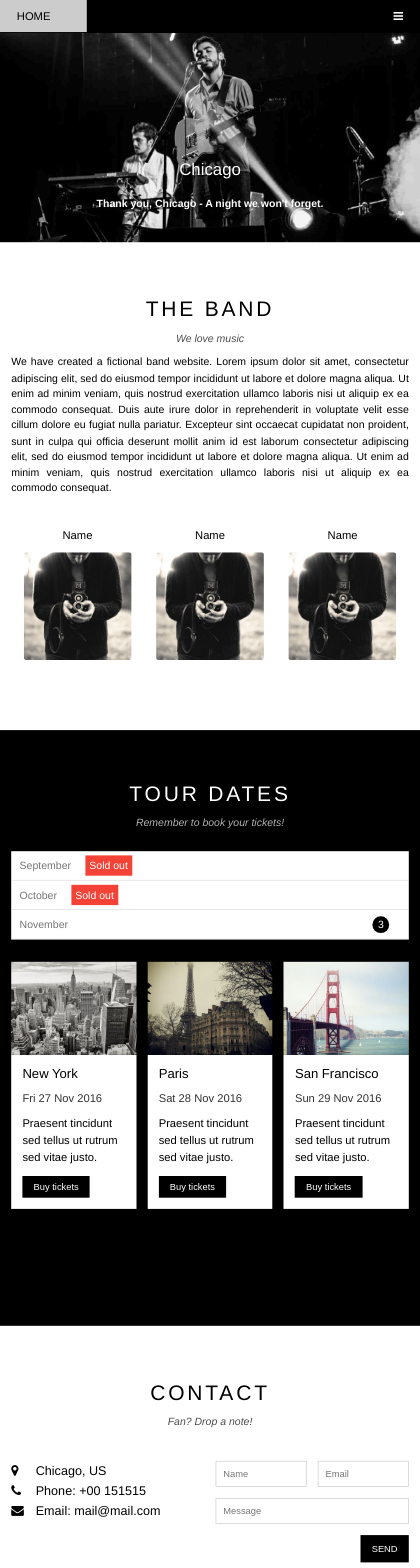
Repository: vuongtm1999/TheBand_W3School
Page: index.html
The author's editor kept a copy of each file at every save. The page is drawn from the files as they stood at one save, then again after the next save.
The browser window is 600 px wide. The pictures show the part of the page from y = 0 to 2240 px (the page is 2836 px tall), at 70% of full size.

Above is the page before, as saved 2022-08-30 13:59:31.

### index.html
<!DOCTYPE html>
<html lang="en">
<head>
    <meta charset="UTF-8">
    <meta http-equiv="X-UA-Compatible" content="IE=edge">
    <meta name="viewport" content="width=device-width, initial-scale=1.0">
    <title>The band</title>
    <link rel="stylesheet" href="./assets/css/style.css">
    <link rel="stylesheet" href="./assets/css/responsive.css">
    <link rel="stylesheet" href="https://cdnjs.cloudflare.com/ajax/libs/font-awesome/4.7.0/css/font-awesome.min.css">
    <link rel="icon" href="assets/img/place/paris.jpg" type="image/x-icon">
</head>
<body>
        <div id="header">
            <!-- begin: nav -->
            <ul id="nav">
                <li><a href="#">Home</a></li>
                <li><a href="#band">Bank</a></li>
                <li><a href="#tour">Tour</a></li>
                <li><a href="#contact">Contact</a></li>
                <li>
                    <a href="#">More <i style="font-size: 15px;" class="fa fa-caret-down"></i></a>
                    <ul class="subnav">
                        <li><a href="#">Merchandise</a></li>
                        <li><a href="#">Extras</a></li>
                        <li><a href="#">Media</a></li>
                    </ul>
                </li>
            </ul>
            <!-- end: nav -->

            <!-- begin: search button -->
            <div class="search-button">
                <i class="fa fa-search"></i>
            </div>
            <!-- end: search button -->

            <div class="mobile-menu-btn">
                <i class="fa fa-bars" aria-hidden="true"></i>
            </div>
        </div>



        <div id="content">

            <div id="slider">
                <div class="text-content">
                    <div class="container">
                        <h3 class=text-heading>
                            Chicago
                        </h3>
                        <div class="text-description">
                            Thank you, Chicago - A night we won't forget.
                        </div>
                    </div>
                </div>
            </div>

            <!-- about section -->
            <div id="band" class="content-section">
                <h2 class="section-heading">THE BAND</h2>
                <p class="section-sub-heading">We love music</p>
                <p class="section-about-text">We have created a fictional band website. Lorem ipsum dolor sit amet, consectetur adipiscing elit, sed do eiusmod tempor incididunt ut labore et dolore magna aliqua. Ut enim ad minim veniam, quis nostrud exercitation ullamco laboris nisi ut aliquip ex ea commodo consequat. Duis aute irure dolor in reprehenderit in voluptate velit esse cillum dolore eu fugiat nulla pariatur. Excepteur sint occaecat cupidatat non proident, sunt in culpa qui officia deserunt mollit anim id est laborum consectetur adipiscing elit, sed do eiusmod tempor incididunt ut labore et dolore magna aliqua. Ut enim ad minim veniam, quis nostrud exercitation ullamco laboris nisi ut aliquip ex ea commodo consequat.</p>

                <div class="member-list">

                    <div class="col col-third">
                        <p class="member-name">Name</p>
                        <img class="member-image" src="assets/img/bandmember.jpg" alt="member">
                    </div>

                    <div class="col col-third">
                        <p class="member-name">Name</p>
                        <img class="member-image" src="assets/img/bandmember.jpg" alt="member">
                    </div>

                    <div class="col col-third">
                        <p class="member-name">Name</p>
                        <img class="member-image" src="assets/img/bandmember.jpg" alt="member">
                    </div>

                    <div class="clearFloat"></div>
                </div>
            </div>

            <!-- TOUR DATES section -->
            <div id="tour" class="tour-section">
                <div class="content-section">
                    <h2 class="section-heading">TOUR DATES</h2>
                    <p class="section-sub-heading">Remember to book your tickets!</p>

                    <br>

                    <ul class="ticket-list">
                        <li>September <span class="soldout">Sold out</span></li>
                        <li>October <span class="soldout">Sold out</span></li>
                        <li>November <span class="quantity">3</span></li>
                    </ul>

                    <div class="row place-ticket">

                        <div class="col col-third">
                            <img src="assets/img/place/newyork.jpg" alt="img-ticket" class="place-img">
                            <div class="place-body">
                                <h3 class="place-city">New York</h3>
                                <p class="place-time">Fri 27 Nov 2016</p>
                                <p class="place-description">Praesent tincidunt sed tellus ut rutrum sed vitae justo.</p>
                                <button class="place-buy-tickets btn-common js-buy-ticket">Buy tickets</button>
                            </div>
                        </div>

                        <div class="col col-third">
                            <img src="assets/img/place/paris.jpg" alt="img-ticket" class="place-img">
                            <div class="place-body">
                                <h3 class="place-city">Paris</h3>
                                <p class="place-time">Sat 28 Nov 2016</p>
                                <p class="place-description">Praesent tincidunt sed tellus ut rutrum sed vitae justo.</p>
                                <button class="place-buy-tickets btn-common js-buy-ticket">Buy tickets</button>
                            </div>
                        </div>

                        <div class="col col-third">
                            <img src="assets/img/place/sanfran.jpg" alt="img-ticket" class="place-img">
                            <div class="place-body">
                                <h3 class="place-city">San Francisco</h3>
                                <p class="place-time">Sun 29 Nov 2016</p>
                                <p class="place-description">Praesent tincidunt sed tellus ut rutrum sed vitae justo.</p>
                                <button class="place-buy-tickets btn-common js-buy-ticket">Buy tickets</button>
                            </div>
                        </div>

                        <div class="clearFloat"></div>
                    </div>
                </div>
            </div>



            <!-- CONTACT section -->
            <div id="contact" class="content-section">
                <h2 class="section-heading">CONTACT</h2>
                <p class="section-sub-heading">Fan? Drop a note!</p>

                <div class="row contact-items">
                    <div class="col col-half contact-info">
                        <p><i class="fa fa-map-marker" aria-hidden="true"></i>   Chicago, US</p>
                        <p><i class="fa fa-phone" aria-hidden="true"></i> Phone: +00 151515</p>
                        <p><i class="fa fa-envelope" aria-hidden="true"></i>  Email: mail@mail.com</p>
                    </div>
                    <div class="col col-half contact-form">
                        <form action="">
                        <div class="row">
                            <div class="col col-half">
                                <input type="text" required placeholder="Name" class="p-10 btn-contact contact-input-name">
                            </div>
                            <div class="col col-half">
                                <input type="email" required placeholder="Email" class="p-10 btn-contact contact-input-email">
                            </div>
                        </div>
                        <div class="row">
                            <div class="col col-full">
                                <input type="text" required placeholder="Message" class="p-10 btn-contact contact-input-message">
                            </div>
                        </div>

                        <input type="submit" class="contact-btn-send btn-common" value="SEND"></input>
                    </div>
                    </form>
                </div>
            </div>
            <!-- End: contact section -->

            <!-- Map section -->
            <div class="map-section">
                <img src="assets/img/map.jpg" alt="map-img" class="place-img">
            </div>

        </div>

        <!-- Modal dialog -->
        <div class="modal js-modal">
            <div class="modal-container js-modal-container">
                <i class="fa fa-times close-icon js-close-icon" aria-hidden="true"></i>
                <header class="modal-header">
                    <i class="fa fa-suitcase mr-5"></i>
                     Tickets
                </header>
                <div class="modal-body">
                    <label for="quantity-sticket" class="modal-label">
                        <i class="fa fa-shopping-cart" aria-hidden="true"></i>
                        Tickets, $15 per person
                    </label>
                    <input type="text" id="quantity-sticket" class="quantity-sticketet" placeholder="How many?">

                    <label for="send-to-sticket" class="modal-label">
                        <i class="fa fa-user" aria-hidden="true"></i>
                        Send to
                    </label>
                    <input type="text" id="send-to-sticket" class="send-to-sticket" placeholder="Enter email" class=placeholder="Enter email">

                    <button id="btn-pay" class="btn-pay">PAY <i class="fa fa-check" aria-hidden="true"></i></button>
                </div>

                <div class="modal-footer">
                    <button class="btn-close js-close-btn">Close <i class="fa fa-times" aria-hidden="true"></i></button>

                    <div class="modal-text-help">Need <a href="#" id="btn-help">help?</a></div>
                </div>
            </div>
        </div>

        <div class="footer">
            <div class="icon-info">
                <i class="fa fa-facebook-official" aria-hidden="true"></i>
                <i class="fa fa-instagram" aria-hidden="true"></i>
                <i class="fa fa-snapchat" aria-hidden="true"></i>
                <i class="fa fa-pinterest-p" aria-hidden="true"></i>
                <i class="fa fa-twitter" aria-hidden="true"></i>
                <i class="fa fa-linkedin" aria-hidden="true"></i>
            </div>
            <div class="powered">
                <p>Powered by <a href=""></a>w3.css</p>
            </div>
        </div>
    </div>
    <script>
        const buyBtns = document.querySelectorAll('.js-buy-ticket');
        const modal = document.querySelector('.js-modal');
        const closeBtn = document.querySelector('.js-close-btn');
        const closeIcon = document.querySelector('.js-close-icon');
        const modalContainer = document.querySelector('.js-modal-container');

        function showTicketDialog(){
            modal.classList.add('modal-open')
        }

        function hideTicketDialog(){
            modal.classList.remove('modal-open')
        }

        for(const buyBtn of buyBtns){
            buyBtn.addEventListener('click', showTicketDialog);
        }

        closeBtn.addEventListener('click', hideTicketDialog);
        closeIcon.addEventListener('click', hideTicketDialog);

        //Dong khi click ra ngoai modal
        modal.addEventListener('click', hideTicketDialog);
        modalContainer.addEventListener('click', function(even) {
            even.stopPropagation()
        });

        // buyBtns.forEach(function (buyBtn) {
        //     buyBtn.addEventListener('click', showTicketDialog())
        // })

        // Dong mo menu (mobile)
        var menu = document.querySelector("#header")
        var menuBtn = document.querySelector(".mobile-menu-btn")
        var menuHeight = menu.clientHeight

        menuBtn.onclick = function(e){
            if(this.clientHeight === menuHeight){
                menu.style.height = 'auto'
            }else{
                menu.style.height = null
            }
        }

        //Tu dong dong khi chon menu
        var menuItems =  document.querySelectorAll("#header > ul a[href*='#']")
        for(let i =0;i<menuItems.length;i++){
            menuItem = menuItems[i]

            menuItem.onclick = function(){
                menu.style.height = null
            }
        }
    </script>
</body>
</html>

### assets/css/style.css
/* reset CSS */
* {
    margin: 0;
    padding: 0;
    box-sizing: border-box;
}

html {
    scroll-behavior: smooth;
    font-family: Helvetica, Arial, sans-serif;
}

#nav, .subnav, li{
    list-style-type: none;
}

#nav{
    display: inline-block;
}

/* Common */
.clearFloat{
    /* Khac phuc khi dung float :left */
    clear: both;
}

.btn-common{
    color: white;
    background-color: #000;
    border: none;
}

.btn-common:hover{
    background-color: #ccc;
    color: #000;
}

.row{
    margin-left: -8px;
    margin-right: -8px;
}

.col{
    float: left;
    padding-left: 8px;
    padding-right: 8px;
}

.col-full{
    width: 100%;
}

.col-half{
    width: 50%;
}

.col-third{
    width: 33.3333%;
}

.text-center{
    text-align: center;
}

.p-8{
    padding: 8px;
}

.mb-8{
    margin-bottom: 8px;
}

.p-10{
    padding: 10px;
}

.mr-8{
    margin-right: 8px;
}

/*
Nguyen tac lam viec
1. Vi tri
2. Kich thuoc
3. Mau sac
4. Kieu dang (kieu chu, hinh tron hay hinh vuong,...)
*/

/*
Tu ngoai vao trong
Tu tren xuong duoi
TU tong quan den chi tiet
 */

#main {}

#header {
    position: fixed;
    z-index: 1;
    height: 46px;
    background-color: #000;
    color: #fff;
    top: 0;
    left: 0;
    right: 0;
    overflow: hidden;
}

#nav li {
    text-decoration: none;
    line-height: 46px;
}

/* The a */
a{
    text-decoration: none;
}

#nav > li > a {
    /* display: inline-block; */
    padding: 0px 24px;
    color: #ffffff;
    text-transform: uppercase;
}

#nav > li {
    display: inline-block;
}

#nav li:last-child {
    position: relative;
}

#nav .subnav {
    background-color: #fff;
    position: absolute;
    display: none;
    top: 100%;
    left: 0;
    box-shadow:  0px 0px 10px rgba(0, 0, 0, 0.3);
    min-width: 160px;
}

#nav .subnav a{
    color: #000;
    padding: 0px 12px;
    line-height: 30px;
    display: inline-block;
    width: 100%;
}

#nav .subnav li:hover,
#nav > li:hover > a {
    color: #000;
    background-color: #ccc;
    display: block;
}

#nav > li:last-child:hover .subnav{
    display: block;
}

/* search btn */
#header .search-button,
#header .mobile-menu-btn{
    float: right;
    line-height: 46px;
    padding: 0 24px;
    user-select: none;
}

#header .search-button:hover{
    background-color: #f44336;
}

#header .mobile-menu-btn:hover{
    background-color: #ccc;
    color: #000;
}

#slider {
    /* background-color: rgb(27, 22, 22); */
    margin-top: 46px;
/* padding-top bang 50% chieu rong cua thanh phan do */
    padding-top: 50%;
    position: relative;
    background: url("/assets/img/chicago.jpg") top center / cover no-repeat;
}

#slider .text-content{
    position: absolute;
    color: white;
    bottom: 48px;

    /* cach 1 */
    /* left: 50%;
    transform: translateX(-50%); */
    /* cach 2 */
    /* left: 0;
    right: 0; */
    /* cach 3 */
    width: 100%;
    text-align: center;
}

.text-heading{
    font-size: 24px;
    font-weight: 400;
}

.text-description{
    margin-top: 25px;
    font-weight: bolder;
    font-size: 15px;
}

#content{
    /* max-width: 100%; */
}

#content .content-section{
    width: 800px;
    max-width: 100%;
    padding: 64px;
    padding-left: 16px;
    padding-right: 16px;
    margin-left: auto;
    margin-right: auto;
}

.content-section .section-heading,
.content-section .section-about-text{
    margin: 15px 0px;
}

.content-section .section-heading,
.content-section .section-sub-heading{
    text-align: center;
}

.content-section .section-sub-heading{
    font-size: 15px;
    opacity: 0.7;
    font-style: italic;
}

.content-section .section-heading{
    font-size: 30px;
    font-weight: 500;
    letter-spacing: 4px;
}

.content-section .section-about-text{
    /* line-height khong co px */
    line-height: 1.5;
    font-size: 15px;
    text-align: justify;
}

.content-section .member-list{
    margin: 32px 0;
    text-align: center;
    /* Khac phuc khi dung float :left */
    /* overflow: hidden; */
}

.content-section .member-name{
    margin: 15px 0;
}

.content-section .member-image{
    width: 154px;
    border-radius: 4px;
}

/* Tour section */
.tour-section{
    background-color: #000;
    min-height: 851px;
}

/*  begin: tour section */
.tour-section .section-heading,
.tour-section .section-sub-heading{
    color: white !important;
}

.tour-section .section-heading{
    margin: 10px 0;
}

.tour-section .section-sub-heading{
    margin: 15px 0;
}

.ticket-list{
    background-color: white;
}

.ticket-list > li{
    font-size: 15px;
    padding: 12px;
    border-bottom: 1px solid #ddd;
    color: #757575;
}

.soldout{
    background-color: #f44336;
    padding: 6px;
    margin-left: 16px;
    color: #fff;
}

.quantity{
    float: right;
    margin-right: 16px;
    background-color: #000;
    width: 24px;
    height: 24px;
    border-radius: 50%;
    color: white;
    text-align: center;
    line-height: 24px;
    margin-top: -3px;
}

/* place-ticket */
.place-ticket{
    /* margin-top: 32px; */
    padding-top: 32px;
}

.place-item{
    float: left;
    width: 33.3333%;
    padding: 0 8px;
}

.place-img{
    width: 100%;
    display: block;
}

.place-img:hover{
    opacity: 0.7;
}

.place-body{
    background-color: white;
    color: rgb(1, 1, 1);
    padding: 16px;
}

.place-city{
    font-weight: 550;
}

.place-time{
    opacity: 0.8;
    margin: 15px 0;
}

.place-description{
    margin: 15px 0;
    line-height: 1.5;
}

.place-buy-tickets{
    padding: 8px 16px;
    display: inline-block;
}

/* modal dialog */
.modal{
    position: fixed;
    background-color: rgba(0, 0, 0, 0.3);
    top: 0;
    left: 0;
    right: 0;
    bottom: 0;

    /* display: flex; */
    align-items: center;
    justify-content: center;

    display: none;
}

.modal-open{
    display: flex !important;
}

.modal-container{
    background-color: #fff;
    width: 900px;
    min-height: 473px;
    position: relative;

    /* reponsive */
    max-width: calc(100% - 32px);
}

.modal-header {
    height: 129px;
    background-color: #009688;
    display: flex;
    align-items: center;
    justify-content: center;
    letter-spacing: 4px;
    font-weight: 400;
    font-size: 30px;
    color: #fff;
}

.mr-5{
    margin-right: 16px;
}
.close-icon{
    position: absolute;
    top: 0;
    right: 0;
    padding: 12px;
    color: #fff;
}

.close-icon:hover{
    background-color: #ccc;
    color: #000
}

.modal-body {
    padding: 0 16px;
}

.modal-label{
    display: block;
    margin: 18px 0 8px 0;
}

.quantity-sticketet,
.send-to-sticket{
    border: 1px solid #ccc;
    padding: 8px;
    font-size: 15px;
    width: 100%;
}

.btn-pay{
    margin: 16px 0;
    width: 100%;
    background-color: #009688;
    padding: 18px;
    color: #fff;
    border: none;
    font-size: 15px;
    text-transform: uppercase;
}

.btn-pay:hover{
    background-color: #ccc;
    color: #000;
    cursor: pointer;
}

.modal-footer{
    padding: 0 18px;
    margin: 16px 0;
}

.modal-text-help{
    float: right;
}

.btn-close{
    padding: 12px 16px;
    font-size: 15px;
    color: #fff;
    background-color: #f44336;
    border: none;
}

.btn-close:hover{
    cursor: pointer;
    background-color: #ccc;
    color: #000;
}

#btn-help{
    text-decoration: underline !important;
    color: #2196F3;
}

.contact-items{
    margin-top: 48px;
}

.contact-info i[class*="fa"]{
    width: 30px;
}

.contact-info {
    line-height: 1.6;
    font-size: 18px;
}

.contact-form{
    font-size: 15px;
}

.row::after{
    content: "";
    display: block;
    clear: both;
}

.contact-input-message{
    margin: 16px 0;
}

.btn-contact{
    border: 1px solid #ccc;

    width: 100%;
}

.contact-btn-send{
    padding: 12px 16px;
    float: right;
}

.footer{
    padding: 64px 0;
    text-align: center;
    color: #000;
    opacity: 0.6;
    font-size: 24px;
}

.powered{
    margin: 15px 0;
    font-size: 15px;
}

.footer .icon-info i:hover{
    opacity: 0.3;
}




#container {
    /* height: 500px;
    background-color: #ccc; */
}

### assets/css/responsive.css

/* PC */
@media (min-width:1024px) {
    #header .mobile-menu-btn{
        display: none !important;
    }
}

/* Tablet */
@media (min-width:740px) and (max-width:1024px) {
    #header .mobile-menu-btn{
        display: none !important;
    }
}

/* Mobile */
@media (max-width:740px) {
    #nav > li{
        display: block !important;
    }

    #nav > ul{
        display: block !important;
    }

    #header .search-button{
        display: none !important;
    }

}

After the next save:
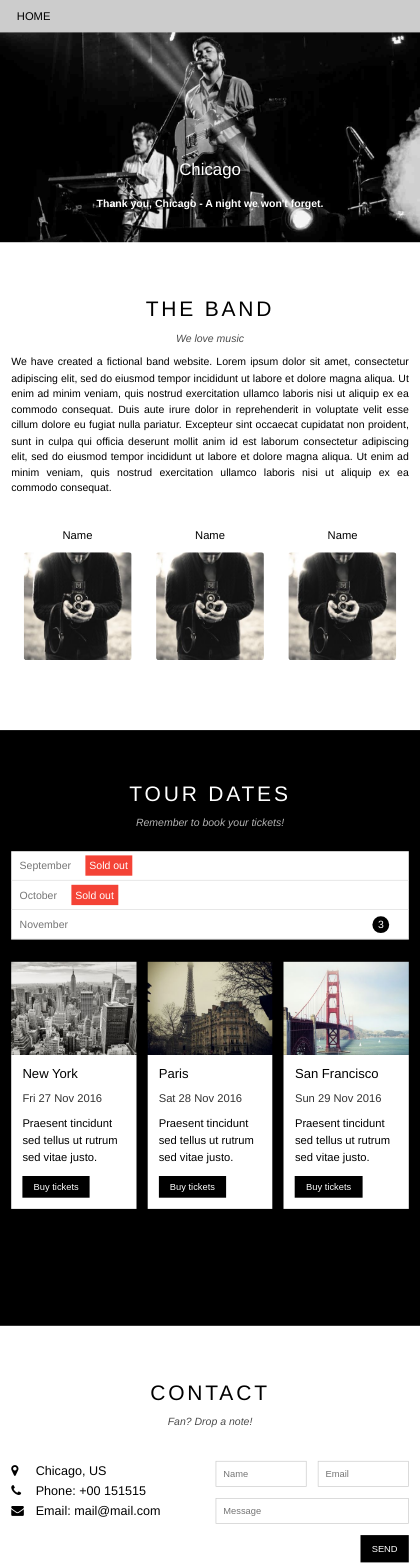
Saved 37 s later.
--- a/assets/css/responsive.css
+++ b/assets/css/responsive.css
@@ -19,7 +19,7 @@
         display: block !important;
     }
 
-    #nav > ul{
+    #nav{
         display: block !important;
     }
 
